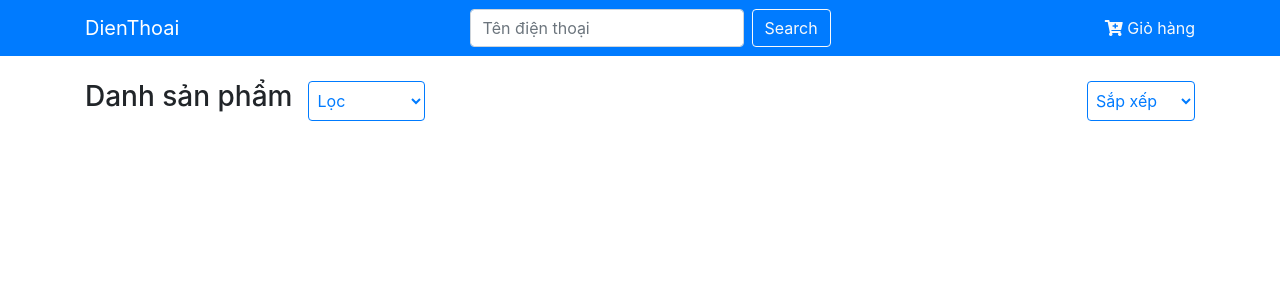
Repository: dovanthao2404/BC14_Bai_Tap_Ban_Dien_Thoai_dovanthao
Page: app/views/index.html
An editor plug-in stored every save of this project. The page is shown before and after the next save, followed by the edit.
The browser window is 1280 px wide. The pictures show the whole page.
Some web libraries are served in a nearby version. The style sheet was rebuilt from its Sass, Less or Tailwind sources for each picture, by a compiler version that may differ from the author's.

Above is the page before, as saved 2021-08-14 15:58:49.
Console error (its wording comes from the project's code and is left out).

### app/views/index.html
<!DOCTYPE html>
<html lang="en">

<head>
  <meta charset="UTF-8">
  <meta http-equiv="X-UA-Compatible" content="IE=edge">
  <meta name="viewport" content="width=device-width, initial-scale=1.0">
  <title>Dien Thoai Xin</title>




  <!-- FONT AWESOME -->
  <link rel="stylesheet" href="https://cdnjs.cloudflare.com/ajax/libs/font-awesome/5.15.4/css/all.min.css"
    integrity="sha512-1ycn6IcaQQ40/MKBW2W4Rhis/DbILU74C1vSrLJxCq57o941Ym01SwNsOMqvEBFlcgUa6xLiPY/NS5R+E6ztJQ=="
    crossorigin="anonymous" referrerpolicy="no-referrer" />

  <!-- GOOGLE FONTS -->

  <link rel="preconnect" href="https://fonts.googleapis.com">
  <link rel="preconnect" href="https://fonts.gstatic.com" crossorigin>
  <link
    href="https://fonts.googleapis.com/css2?family=Roboto:ital,wght@0,300;0,400;0,700;1,300;1,400;1,700&display=swap"
    rel="stylesheet">

  <!-- B4 -->
  <link rel="stylesheet" href="https://cdn.jsdelivr.net/npm/bootstrap@4.6.0/dist/css/bootstrap.min.css"
    integrity="sha384-B0vP5xmATw1+K9KRQjQERJvTumQW0nPEzvF6L/Z6nronJ3oUOFUFpCjEUQouq2+l" crossorigin="anonymous">

  <!-- MAIN CSS -->
  <link rel="stylesheet" href="../../assets/css/main.css">
</head>

<body>
  <header class="fixed-top">
    <nav class="navbar navbar-dark bg-primary">
      <div class="container">

        <a href="#" class="navbar-brand">
          DienThoai
        </a>
        <form class="form-inline my-2 my-lg-0">
          <input id="valueSearch" class="form-control mr-sm-2" type="search" placeholder="Tên điện thoại"
            aria-label="Search">
          <button id="btnSearch" class="btn btn-outline-light my-2 my-sm-0" type="button">Search</button>
        </form>
        <div class="phone-cart">
          <a href="cart.html" class="text-light">
            <i class="fa fa-cart-plus"></i> Giỏ hàng
          </a>
          <div class="notifiSuccess">

          </div>
        </div>
      </div>
    </nav>

  </header>

  <section class="phone-product">
    <div class="container">
      <div id="listAll-type">
        <div class="phone-title">
          <div class="d-flex justify-content-between align-items-center my-3">
            <div class="d-flex align-items-center">
              <h3 class="mr-3">
                Danh sản phẩm
              </h3>
              <div>
                <select class="phone-select" name="" id="phoneType">
                  <option value="">Lọc</option>
                  <option value="Samsung">Samsung</option>
                  <option value="Iphone">Iphone</option>
                </select>

              </div>
            </div>
            <div class="sort-name">
              <select class="phone-select" name="" id="sortPhone">
                <option value="">Sắp xếp</option>
                <option value="a">A - Z</option>
                <option value="z">Z - A</option>
              </select>
            </div>
          </div>
        </div>
        <div class="phone-list">
          <div class="row" id="listPhoneView">

          </div>
        </div>
      </div>
    </div>
    </div>
  </section>


  <!-- B4 -->
  <script src="https://code.jquery.com/jquery-3.5.1.slim.min.js"
    integrity="sha384-DfXdz2htPH0lsSSs5nCTpuj/zy4C+OGpamoFVy38MVBnE+IbbVYUew+OrCXaRkfj"
    crossorigin="anonymous"></script>
  <script src="https://cdn.jsdelivr.net/npm/bootstrap@4.6.0/dist/js/bootstrap.bundle.min.js"
    integrity="sha384-Piv4xVNRyMGpqkS2by6br4gNJ7DXjqk09RmUpJ8jgGtD7zP9yug3goQfGII0yAns"
    crossorigin="anonymous"></script>


  <!-- AXIOS -->
  <script src="https://cdnjs.cloudflare.com/ajax/libs/axios/0.21.1/axios.min.js"
    integrity="sha512-bZS47S7sPOxkjU/4Bt0zrhEtWx0y0CRkhEp8IckzK+ltifIIE9EMIMTuT/mEzoIMewUINruDBIR/jJnbguonqQ=="
    crossorigin="anonymous" referrerpolicy="no-referrer"></script>

  <script type="module" src="./../controllers/main.js"></script>
</body>

</html>

### app/controllers/main.js
import Phone from "./../models/Phone.js"
import ListPhone from "./../models/ListPhone.js"


var listProductInCart = JSON.parse(localStorage.getItem("listProductInCart")) || [];



let getEle = (id) => {
  return document.getElementById(id)
}

let listPhone = new ListPhone();


let renderView = (arr) => {
  let html = ""
  arr.forEach((phone) => {
    html += `
    <div class="col-3 mb-3">
    <div class="card overflow-hidden h-100">
      <img
        src="${phone.img}"
        alt="" class="card-img-top">
      <div class="card-body">
        <h4 class=card-title>
        ${phone.name}
        </h4>
        <p class="card-text">${phone.desc}</p>
        </div>
        <div class="card-footer">
        <a data-action="add"  data-phone=${phone.id} class="btn btn-primary w-100">Cart</a>
        </div>
    </div>
  </div>
    `
  })
  getEle("listPhoneView").innerHTML = html

}

let fetchData = () => {
  listPhone
    .getListPhoneApi()
    .then((resp) => {
      renderView(resp.data)
    })
    .catch((err) => {
      console.log(err)
    })
}

fetchData()

let filterType = (phoneType, type) => {
  return listPhone
    .getListPhoneApi()
    .then((resp) => {
      let data = resp.data;
      data.forEach((phone) => {
        if (phone.type === type) {
          phoneType.push(phone);
        }
      })
      renderView(phoneType)
      return phoneType;
    })
    .catch((err) => {
      console.log(err)
    })
}

let sortPhone = (arr, valueSort) => {
  for (let i = 0; i < arr.length; i++) {
    for (let j = i; j < arr.length; j++) {
      if (valueSort === 1) {
        if (arr[i].name < arr[j].name) {
          let temp = arr[i];
          arr[i] = arr[j]
          arr[j] = temp;
        }
      } else {
        if (arr[i].name > arr[j].name) {
          let temp = arr[i];
          arr[i] = arr[j]
          arr[j] = temp;
        }
      }
    }
  }
  renderView(arr)
}


let delegationSelect = () => {
  let phoneType = [];
  let type = getEle("phoneType").value;
  let dataSort = getEle("sortPhone").value;

  if (type && dataSort) {

    if (dataSort === "a") {
      filterType(phoneType, type)
        .then((phoneType) => {
          sortPhone(phoneType, 1);
        })
    } else {
      filterType(phoneType, type)
        .then((phoneType) => {
          sortPhone(phoneType, 0);
        })
    }

  } else if (type && !dataSort) {

    filterType(phoneType, type);

  } else if (!type && dataSort) {

    if (dataSort === "a") {
      listPhone.getListPhoneApi()
        .then((resp) => {
          sortPhone(resp.data, 1);
        })
        .catch((err) => {
          console.log(err);
        })
    } else {
      listPhone.getListPhoneApi()
        .then((resp) => {
          sortPhone(resp.data, 0);
        })
        .catch((err) => {
          console.log(err);
        })
    }

  } else {
    fetchData()
  }
}

getEle("phoneType").addEventListener("change", delegationSelect)
getEle("sortPhone").addEventListener("change", delegationSelect)

const handleSearch = () => {
  let nameSort = getEle("valueSearch").value;
  nameSort = nameSort.toLowerCase().trim();
  listPhone.getListPhoneApi()
    .then((resp) => {
      let listPhone = resp.data;
      let listPhoneSearch = listPhone.filter((phone) => {
        return phone.name.toLowerCase().includes(nameSort);
      })
      renderView(listPhoneSearch);
    })
    .catch((err) => {
      console.log(err)
    })

}

getEle("btnSearch").addEventListener("click", handleSearch);




const delegationListPhoneView = (e) => {
  if (e.target.getAttribute("data-action") === "add") {
    let id = e.target.getAttribute("data-phone");

    listPhone.getPhoneById(id)
      .then((resp) => {
        let count = 0;
        for (let i = 0; i < listProductInCart.length; i++) {

          if (listProductInCart[i].id === id) {
            listProductInCart[i].quantity += 1;
            localStorage.setItem("listProductInCart", JSON.stringify(listProductInCart));
            count++;
          }

        }

        if (count === 0) {
          let phone = { ...resp.data }
          phone.quantity = 1;
          listProductInCart.push(phone);
          localStorage.setItem("listProductInCart", JSON.stringify(listProductInCart));

        }
      })
      .catch((err) => {
        console.log(err)
      })


  }
}


getEle("listPhoneView").addEventListener("click", delegationListPhoneView)

### app/models/Phone.js
class Phone {
  constructor({
    name,
    price,
    screen,
    backCamera,
    frontCamera,
    img,
    desc,
    type
  },) {
    this.name = name;
    this.price = price;
    this.screen = screen;
    this.backCamera = backCamera;
    this.frontCamera = frontCamera;
    this.img = img;
    this.desc = desc;
    this.type = type;
  }

}

### app/models/ListPhone.js
export default class ListPhone {
  getListPhoneApi() {
    return axios({
      url: "https://6113ecdacba40600170c1d10.mockapi.io/api/phone",
      method: "GET",
    });
  }

  getPhoneById(id) {
    return axios({
      url: `https://6113ecdacba40600170c1d10.mockapi.io/api/phone/${id}`,
      method: "GET",
    });
  }

}

//  MỚi ăn xong

### assets/scss/main.scss
.phone-product {
  margin-top: 80px;
}
.phone-select {
  padding: 8px 20px 8px 4px;
  border-color: #007bff;
  color: #007bff;
  border-radius: 4px;
  background: transparent;
  outline: none;
  cursor: pointer;
  transition: all 0.5s;
  &:hover {
    background-color: #007bff;
    color: white;
  }
  option {
    display: block;
    background-color: white;
    color: #000;
  }
}

After the next save:
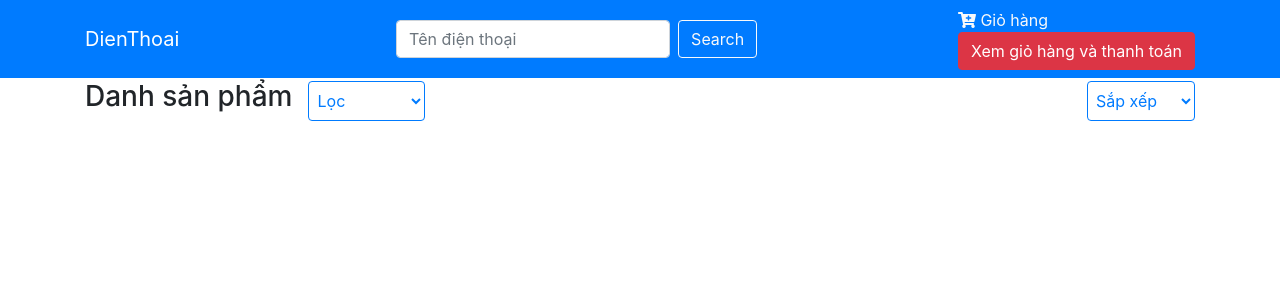
Saved 116 s later.
--- a/app/views/index.html
+++ b/app/views/index.html
@@ -49,7 +49,10 @@
             <i class="fa fa-cart-plus"></i> Giỏ hàng
           </a>
           <div class="notifiSuccess">
+            <div>
 
+            </div>
+            <button class="btn btn-danger w-100" data-target="cart.html">Xem giỏ hàng và thanh toán</button>
           </div>
         </div>
       </div>
